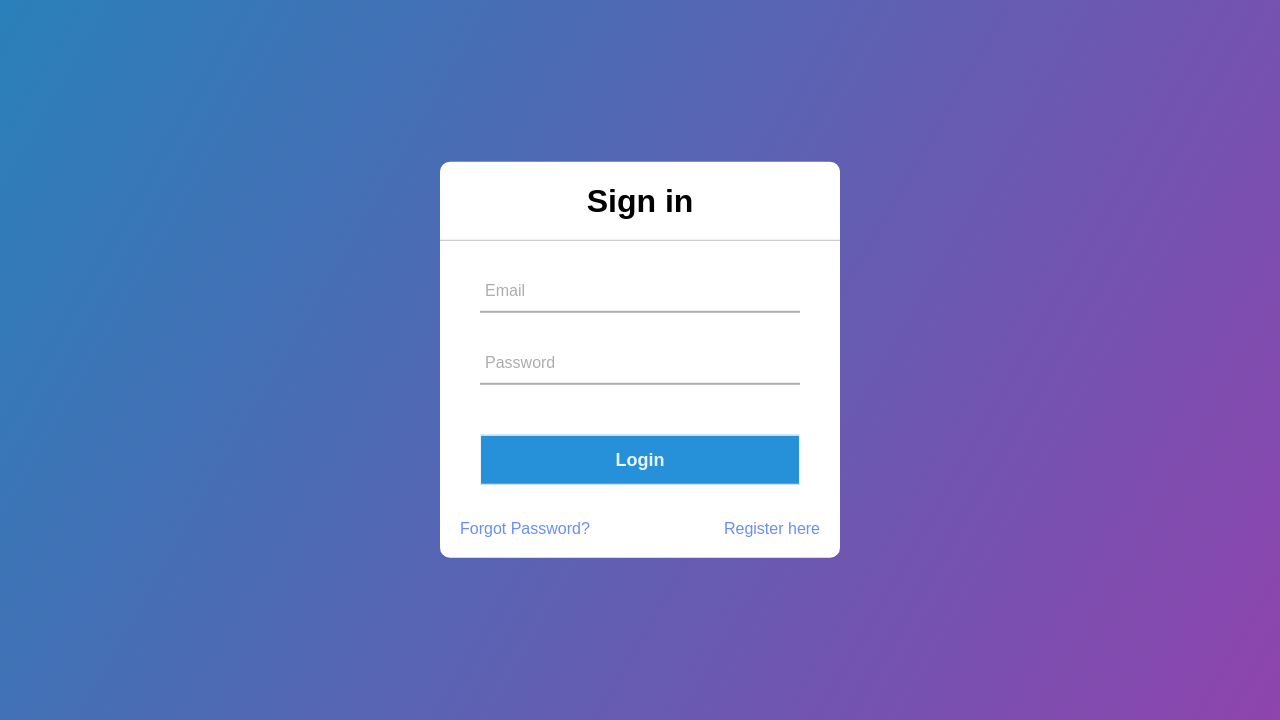
Repository: poornasyamasundar/Software-Project-Manager
Page: SoftwareManager/Templates/login.html
The author's editor kept a copy of each file at every save. The page is drawn from the files as they stood at one save, then again after the next save.
The browser window is 1280 px wide. The pictures show the whole page.
The pointer rests on the first visible `.reghere`.

Above is the page before, as saved 2021-10-19 09:22:45.

After the next save:
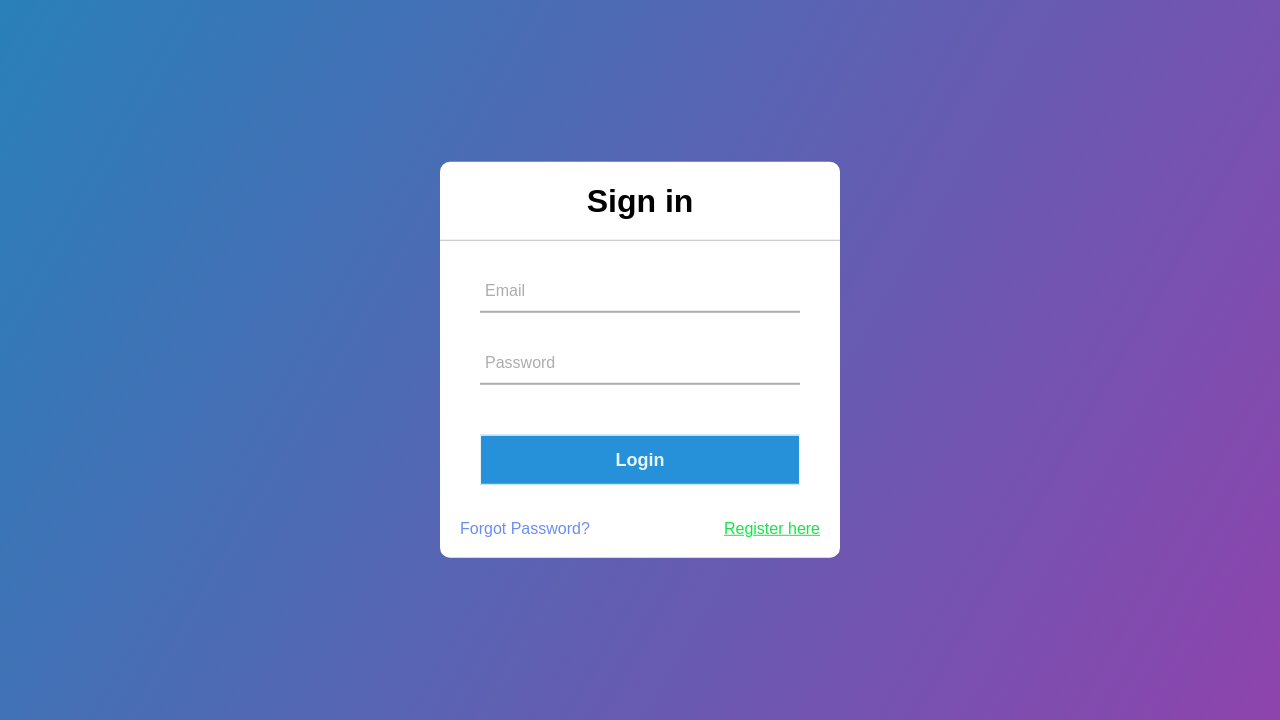
Saved 40 s later.
--- a/SoftwareManager/Templates/login.css
+++ b/SoftwareManager/Templates/login.css
@@ -129,6 +129,11 @@ body {
 	float: right;
   }
 
+  .reghere:hover {
+	color: #15e449;
+	text-decoration: underline;
+  }
+
   /* .newuser {
 	margin: -5px 0px 20px 20px;
 	color: #6a8ff3;
